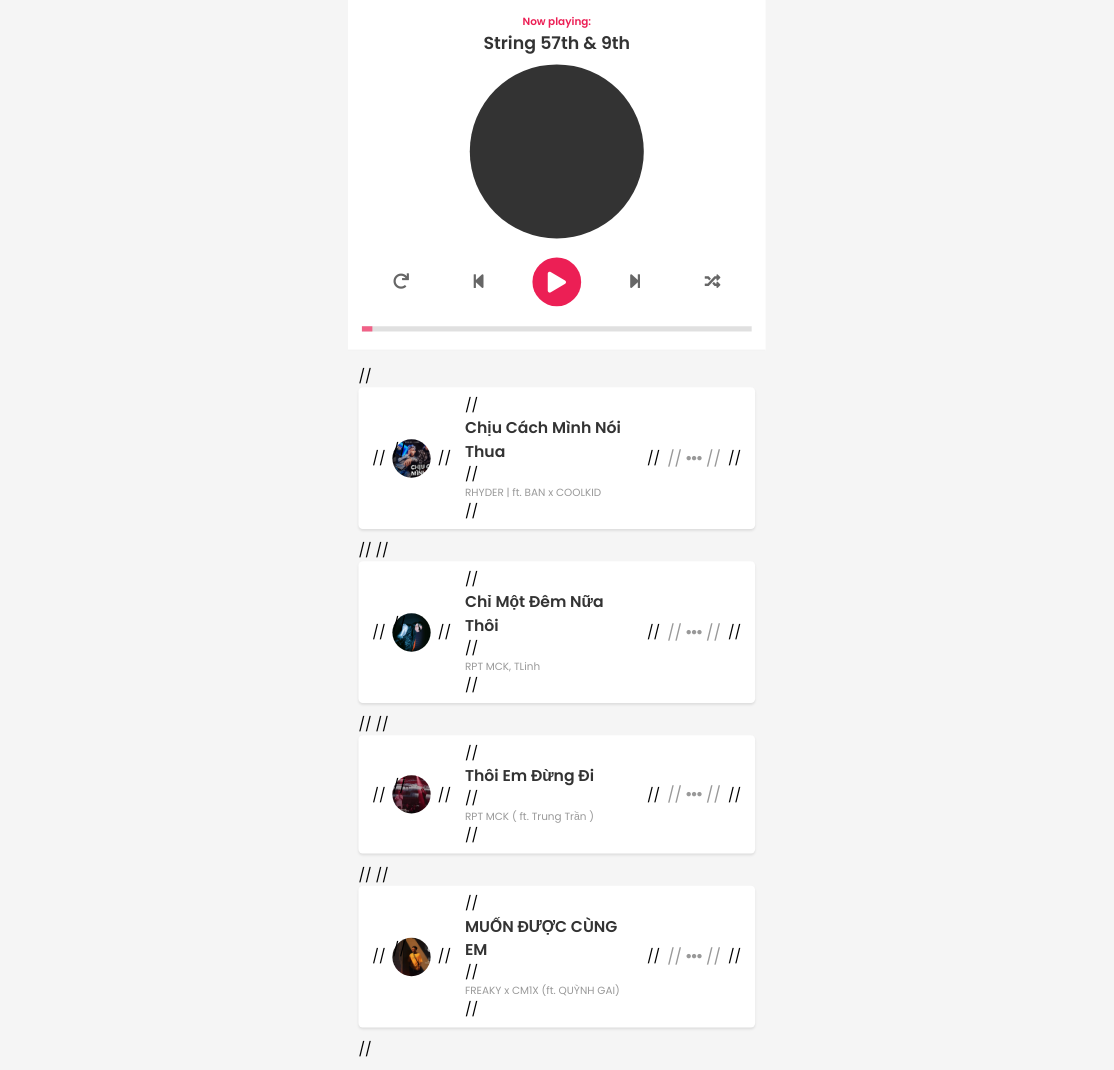
Repository: ChiNg22nd04/MusicPlayer
Page: index.html
An editor plug-in stored every save of this project. The page is shown before and after a run of saves, followed by the edit.
The browser window is 1280 px wide. The pictures show the whole page, at 87% of full size.

Above is the page before, as saved 2023-12-29 22:10:36.

After the next 16 saves:
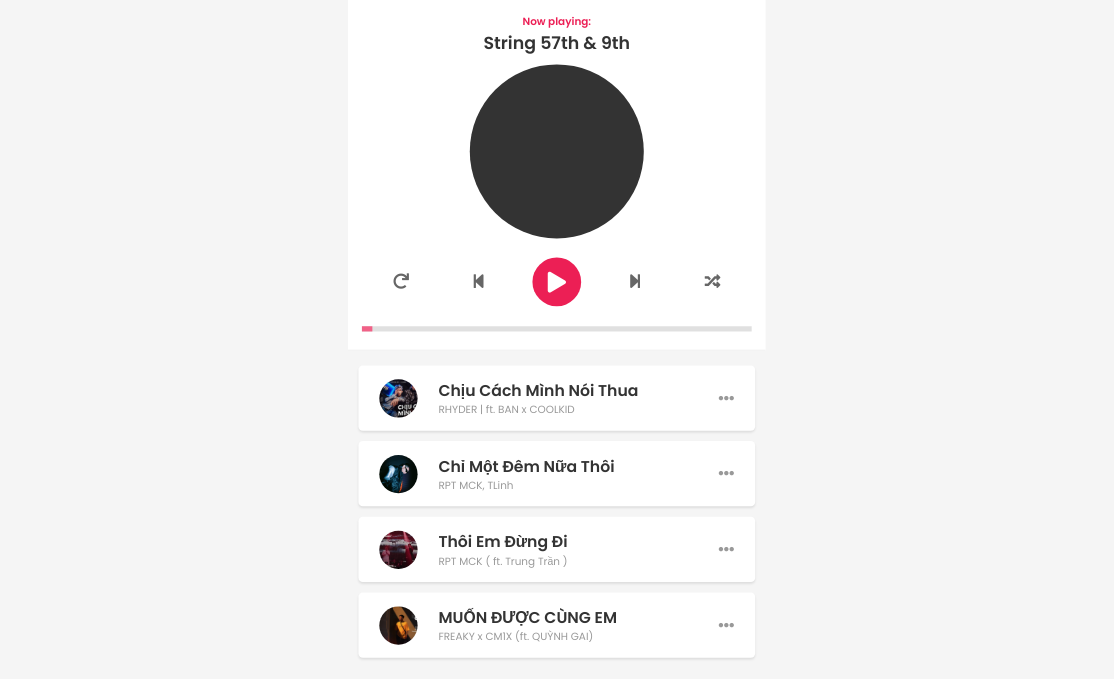
The 16 saves are shown as one change because they came seconds apart.
The last was saved 50 s later.
--- a/index.html
+++ b/index.html
@@ -93,34 +93,20 @@
       render: function() {
           const htmls = this.listSong.map((song) => {
             return `
-              //     <div class="song">
-              //         <div class="thumb"
-              //             style="background-image: url('${song.img}');">
-              //         </div>
-              //         <div class="body">
-              //             <h3 class="title">${song.name}</h3>
-              //             <p class="author">${song.singer}</p>
-              //         </div>
-              //         <div class="option">
-              //             <i class="fas fa-ellipsis-h"></i>
-              //         </div>
-              //     </div>
-              // `
-              // return
-              // `
-              //     <div class="song">
-              //         <div class="thumb"
-              //             style="background-image: url('${song.img}');">
-              //         </div>
-              //         <div class="body">
-              //             <h3 class="title">${song.name}</h3>
-              //             <p class="author">${song.singer}</p>
-              //         </div>
-              //         <div class="option">
-              //             <i class="fas fa-ellipsis-h"></i>
-              //         </div>
-              //     </div>
-              // `
+                   <div class="song">
+                       <div class="thumb"
+                           style="background-image: url('${song.img}');">
+                       </div>
+                       <div class="body">
+                           <h3 class="title">${song.name}</h3>
+                           <p class="author">${song.singer}</p>
+                       </div>
+                       <div class="option">
+                           <i class="fas fa-ellipsis-h"></i>
+                       </div>
+                   </div>
+              `
+
           })
           $('.playlist').innerHTML = htmls.join(' ');
       },
